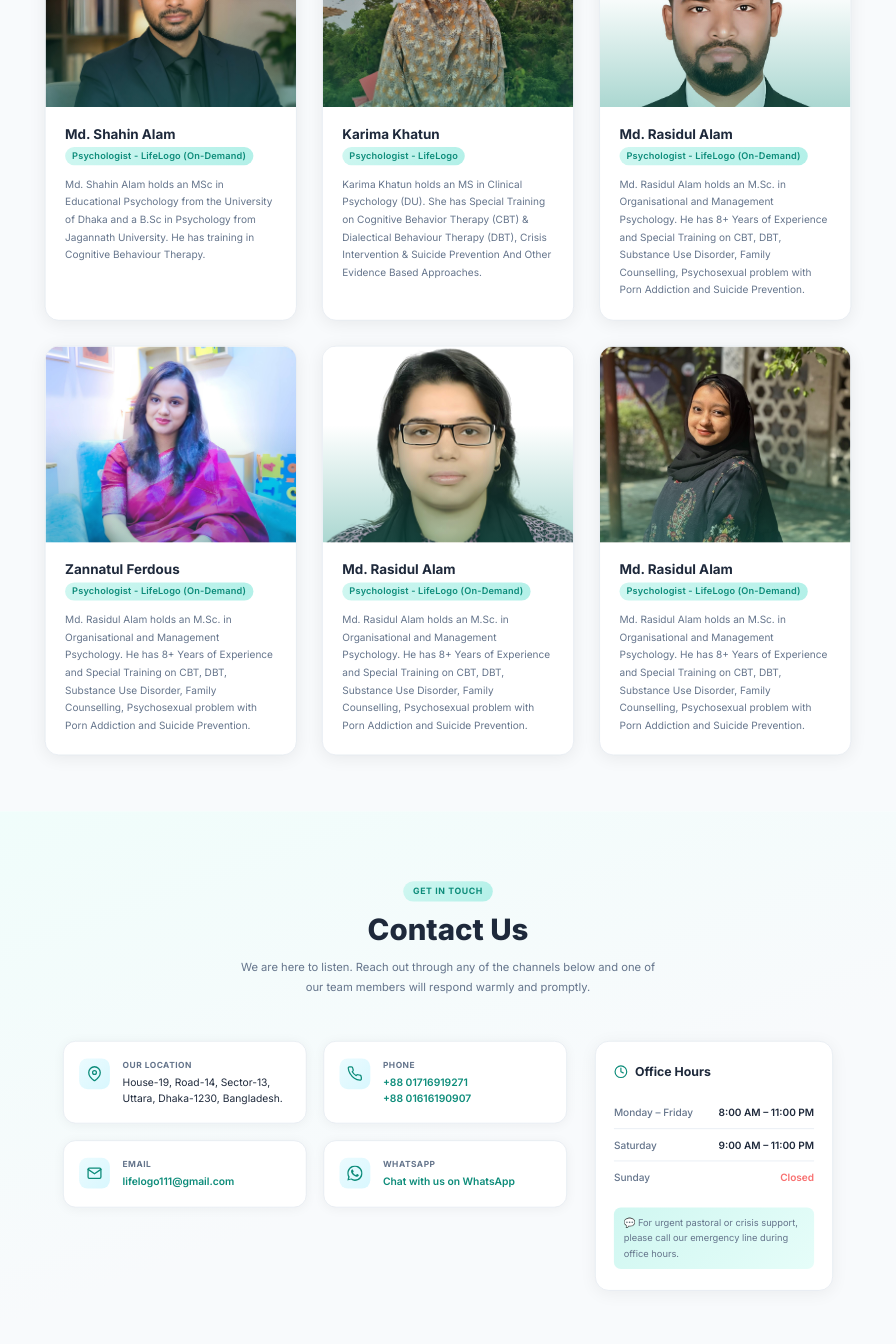
Repository: Tan47s/Lifelogo
Page: /
The author's editor kept a copy of each file at every save. The page is drawn from the files as they stood at one save, then again after the next save.
The browser window is 1280 px wide. The pictures show the part of the page from y = 3290 to 5210 px (the page is 5584 px tall), at 70% of full size.
The project was rebuilt for these pictures with package versions that can differ from the ones it lists, and the page was loaded fresh each time. Also part of the build but not shown: vite.config.js.

Above is the page before, as saved 2026-08-22 11:00:55.

### index.html
<!doctype html>
<html lang="en">
  <head>
    <meta charset="UTF-8" />
    <link rel="icon" type="image/svg+xml" href="/favicon.svg" />
    <meta name="viewport" content="width=device-width, initial-scale=1.0" />
    <title>Life-Logo | Mental Health Counselling &amp; Life Skills</title>
    <meta name="description" content="Life-Logo Mental Health Support &amp; Life Skills Training Unit — professional counselling, resilience coaching, and compassionate support to help you find meaning, hope, and purpose." />
    <meta property="og:title" content="Life-Logo | Mental Health Counselling &amp; Life Skills" />
    <meta property="og:description" content="Professional counselling and life skills training to support your well-being and personal growth." />
    <meta property="og:type" content="website" />
  </head>
  <body>
    <div id="root"></div>
    <script type="module" src="/src/main.jsx"></script>
  </body>
</html>

### src/main.jsx
import { StrictMode } from 'react'
import { createRoot } from 'react-dom/client'

import { App } from './App.jsx'


createRoot(document.getElementById('root')).render(
  <StrictMode>
    <App />
  </StrictMode>,
)

### src/App.jsx
import React from 'react'
import { Header } from './comp/Header'
import { Herocon } from './comp/Herocon'
import { Contents2 } from './comp/Contents2'
import { Service2 } from './comp/Service2'
import { Counsellors } from './comp/Counsellors'
import { Contact } from './comp/Contact'
import { Footer } from './comp/Footer'

export const App = () => {
  return (
    <div>
      <Header />

      {/* Hero — id: home (owned by Herocon's <section>) */}
      <Herocon />

      {/* Our Story — id: story (owned by Contents2's <section>) */}
      <Contents2 />

      {/* Services — id: services (declared inside Service2's <section>) */}
      <Service2 />

      {/* Our Team — id: team */}
      <Counsellors />

      {/* Contact — id: contact */}
      <Contact />

      {/* Footer */}
      <Footer />
    </div>
  )
}

### src/comp/Herocon.jsx
import './herocon.css'
import Hero from '../assets/hero.png'

const stats = [
  { value: '500+', label: 'Lives Impacted' },
  { value: '15+', label: 'Years Experience' },
  { value: '6',   label: 'Specialists' },
]

export const Herocon = () => {
  const scrollTo = (id) => {
    const el = document.getElementById(id)
    if (el) el.scrollIntoView({ behavior: 'smooth' })
  }

  return (
    <section
      id="home"
      className="hero-section"
      style={{ backgroundImage: `url(${Hero})` }}
    >
      {/* layered overlay */}
      <div className="hero-overlay" />

      <div className="hero-content">
        {/* eyebrow badge */}
        <span className="hero-badge">Mental Health &amp; Life Skills</span>

        {/* quote */}
        <p className="hero-quote">
          &ldquo;Doctors Dress The Wound, God Heals It.&rdquo;
        </p>

        {/* headline */}
        <h1 className="hero-headline">
          Well-Being Requires<br />
          <span className="hero-headline-accent">a Safe Space to Heal</span>
        </h1>

        {/* sub-text */}
        <p className="hero-sub">
          Mental health is the foundation of a healthy life. Through compassion,
          professional support, and faith, we help you find hope, build
          resilience, and take meaningful steps toward lasting well-being.
        </p>

        {/* CTAs */}
        <div className="hero-ctas">
          <button
            id="hero-contact-btn"
            className="hero-btn hero-btn--primary"
            onClick={() => scrollTo('contact')}
          >
            Contact Us
          </button>
          <button
            id="hero-services-btn"
            className="hero-btn hero-btn--ghost"
            onClick={() => scrollTo('services')}
          >
            Our Services
          </button>
        </div>

        {/* Stats strip */}
        <div className="hero-stats">
          {stats.map((s, i) => (
            <div className="hero-stat" key={i}>
              <span className="hero-stat-value">{s.value}</span>
              <span className="hero-stat-label">{s.label}</span>
            </div>
          ))}
        </div>
      </div>
    </section>
  )
}

### src/comp/Service2.jsx
import React from 'react'
import ser1 from '../assets/ser1.png'
import ser2 from '../assets/ser2.png'
import ser3 from '../assets/ser3.png'
import ser4 from '../assets/ser4.png'
import './Service2.css'

const services = [
  {
    img: ser1,
    title: 'Individual Counselling',
    tag: 'One-on-One',
    desc: 'A private, confidential space where you can explore personal challenges, process emotions, and develop healthier coping strategies with the guidance of a qualified counsellor.',
  },
  {
    img: ser2,
    title: 'Couple Counselling',
    tag: 'Relationships',
    desc: 'Helping couples navigate conflict, rebuild trust, and strengthen communication so they can grow together in a healthy, supportive partnership.',
  },
  {
    img: ser3,
    title: 'Family Counselling',
    tag: 'Family Dynamics',
    desc: 'We work with families to address relational tensions, improve understanding, and foster a home environment rooted in compassion and mutual respect.',
  },
  {
    img: ser4,
    title: 'Life Skills Training',
    tag: 'Personal Growth',
    desc: 'Practical workshops and coaching sessions that equip you with tools for resilience, emotional regulation, goal-setting, and purposeful living.',
  },
]

export const Service2 = () => {
  return (
    <section id="services" className="services-section">
      {/* Section Header */}
      <div className="services-header">
        <span className="section-badge">What We Offer</span>
        <h2>Our Services</h2>
        <p className="services-subtitle">
          We provide compassionate mental health counselling and life skills
          training to support your well-being and personal growth.
        </p>
      </div>

      {/* Cards Grid */}
      <div className="services-grid">
        {services.map((s, i) => (
          <div className="service-card" key={i}>
            <div className="service-img-wrap">
              <img src={s.img} alt={s.title} className="service-img" />
              <div className="service-img-overlay" />
            </div>
            <div className="service-info">
              <span className="service-tag">{s.tag}</span>
              <h3>{s.title}</h3>
              <p>{s.desc}</p>
            </div>
          </div>
        ))}
      </div>
    </section>
  )
}

### src/comp/Counsellors.jsx
import React from 'react'
import './Counsellors.css'
import c1 from '../assets/counsellor1.jpg'
import c2 from '../assets/counsellor2.jpg'
import c3 from '../assets/counsellor3.jpeg'
import c4 from '../assets/counsellor4.jpeg'
import c5 from '../assets/counsellor5.jpeg'
import c6 from '../assets/counsellor6.jpg'
import c7 from '../assets/c7.jpeg'
import c8 from '../assets/c8.jpeg'
import c9 from '../assets/c9.jpeg'

const counsellors = [
  {
    img: c1,
    name: 'Sunjeda Parvin',
    role: 'Founder - Life Logo',
    bio: 'Sunjeda Parvin is a Parent Training Facilitator(Uk) and holds an Ms in Counselling Psychology(Du). She serves as the Founder - Life Logo and Advisor - Super Kid Initiatives. She has 16+ Years of Experience in Mental Health Area and 300+ Case Solved.',
  },
  {
    img: c2,
    name: 'Sabina Islam',
    role: 'Psychologist - LifeLogo',
    bio: 'Sabina Islam holds an MS in Social Psychology from the University of Dhaka. She has 4+ Years of Experience with expertise in Psychotherapy (CBT & DBT), Couple & Family Counselling, Addiction Counselling, and Parenting Counselling.',
  },
  {
    img: c3,
    name: 'Israt Jahan Labone',
    role: 'Psychologist - LifeLogo(On-Demand)',
    bio: 'Israt Jahan Labone holds an MS in School Psychology (DU) and is a Master Trainer (Ministry of Education and SESIP). She has 5+ Years of Experience and Special Training on CBT, NVC, Anger management, Stress Management, Mindfulness.',
  },
  {
    img: c4,
    name: 'Md. Shahin Alam',
    role: 'Psychologist - LifeLogo (On-Demand)',
    bio: 'Md. Shahin Alam holds an MSc in Educational Psychology from the University of Dhaka and a B.Sc in Psychology from Jagannath University. He has training in Cognitive Behaviour Therapy.',
  },
  {
    img: c5,
    name: 'Karima Khatun',
    role: 'Psychologist - LifeLogo',
    bio: 'Karima Khatun holds an MS in Clinical Psychology (DU). She has Special Training on Cognitive Behavior Therapy (CBT) & Dialectical Behaviour Therapy (DBT), Crisis Intervention & Suicide Prevention And Other Evidence Based Approaches.',
  },
  {
    img: c6,
    name: 'Md. Rasidul Alam',
    role: 'Psychologist - LifeLogo (On-Demand)',
    bio: 'Md. Rasidul Alam holds an M.Sc. in Organisational and Management Psychology. He has 8+ Years of Experience and Special Training on CBT, DBT, Substance Use Disorder, Family Counselling, Psychosexual problem with Porn Addiction and Suicide Prevention.',
  },
    {
    img: c7,
    name: 'Zannatul Ferdous',
    role: 'Psychologist - LifeLogo (On-Demand)',
    bio: 'Md. Rasidul Alam holds an M.Sc. in Organisational and Management Psychology. He has 8+ Years of Experience and Special Training on CBT, DBT, Substance Use Disorder, Family Counselling, Psychosexual problem with Porn Addiction and Suicide Prevention.',
  },
    {
    img: c8,
    name: 'Md. Rasidul Alam',
    role: 'Psychologist - LifeLogo (On-Demand)',
    bio: 'Md. Rasidul Alam holds an M.Sc. in Organisational and Management Psychology. He has 8+ Years of Experience and Special Training on CBT, DBT, Substance Use Disorder, Family Counselling, Psychosexual problem with Porn Addiction and Suicide Prevention.',
  },
    {
    img: c9,
    name: 'Md. Rasidul Alam',
    role: 'Psychologist - LifeLogo (On-Demand)',
    bio: 'Md. Rasidul Alam holds an M.Sc. in Organisational and Management Psychology. He has 8+ Years of Experience and Special Training on CBT, DBT, Substance Use Disorder, Family Counselling, Psychosexual problem with Porn Addiction and Suicide Prevention.',
  },
]

export const Counsellors = () => {
  return (
    <section id="team" className="counsellors-section">
      {/* Section Header */}
      <div className="counsellors-header">
        <span className="section-badge">Our Team</span>
        <h2>Meet the Counsellors</h2>
        <p className="counsellors-subtitle">
          Our qualified, compassionate professionals are dedicated to walking
          alongside you on your journey to wholeness.
        </p>
      </div>

      {/* Cards Grid */}
      <div className="counsellors-grid">
        {counsellors.map((c, i) => (
          <div className="counsellor-card" key={i}>
            <div className="counsellor-img-wrap">
              <img src={c.img} alt={c.name} className="counsellor-img" />
              <div className="counsellor-img-overlay" />
            </div>
            <div className="counsellor-info">
              <h3>{c.name}</h3>
              <span className="counsellor-role">{c.role}</span>
              <p>{c.bio}</p>
            </div>
          </div>
        ))}
      </div>
    </section>
  )
}

### src/comp/Footer.jsx
import React from 'react'
import './Footer.css'
import logo from '../assets/logo.png'

export const Footer = () => {
  const year = new Date().getFullYear()

  const scrollTo = (id) => {
    const el = document.getElementById(id)
    if (el) el.scrollIntoView({ behavior: 'smooth' })
  }

  return (
    <footer className="footer">
      <div className="footer-inner">

        {/* Brand Column */}
        <div className="footer-brand">
          <div className="footer-logo-row">
            <img src={logo} alt="Life-Logo" className="footer-logo" />
            <span className="footer-name">Life-Logo</span>
          </div>
          <p className="footer-tagline">
            Mental Health Support &amp; Life Skills Training Unit — helping
            people discover meaning, hope, and purpose.
          </p>
        </div>

        {/* Quick Links */}
        <div className="footer-col">
          <h4>Quick Links</h4>
          <ul>
            {[
              { label: 'Home',        id: 'home' },
              { label: 'Our Story',   id: 'story' },
              { label: 'Services',    id: 'services' },
              { label: 'Our Team',    id: 'team' },
              { label: 'Contact',     id: 'contact' },
            ].map((l) => (
              <li key={l.id}>
                <button onClick={() => scrollTo(l.id)} className="footer-link">
                  {l.label}
                </button>
              </li>
            ))}
          </ul>
        </div>

        {/* Contact Column */}
        <div className="footer-col">
          <h4>Contact</h4>
          <ul className="footer-contact-list">
            <li>
              <span className="fc-icon">📍</span>
              House-19, Road-14, Sector-13, Uttara, Dhaka-1230, Bangladesh.
            </li>
            <li>
              <span className="fc-icon">📞</span>
              <a href="tel:+8801616190907">+8801616190907</a>
            </li>
            <li>
              <span className="fc-icon">✉️</span>
              <a href="mailto:lifelogo111@gmail.com">lifelogo111@gmail.com</a>
            </li>
            <li>
              <span className="fc-icon">💬</span>
              <a href="https://wa.me/233244567890" target="_blank" rel="noopener noreferrer">
                WhatsApp Us
              </a>
            </li>
          </ul>
        </div>

      </div>

      {/* Bottom Bar */}
      <div className="footer-bottom">
        <p>&copy; {year} Life-Logo Mental Health &amp; Life Skills. All rights reserved.</p>
        <p className="footer-note">Built with compassion 💚</p>
      </div>
    </footer>
  )
}

### src/Index.css

@import url('https://fonts.googleapis.com/css2?family=Inter:wght@100..900&display=swap');

:root {
  /* Brand */
  --primary: #6de1fb;        /* Teal from header */
  --primary-light: #02ff78;


  /* Logo greens */
  --green: #22C55E;
  --green-light: #DCFCE7;

  /* Blue accent */
  --blue: #38BDF8;
  --blue-light: #E0F2FE;

  /* Backgrounds */
  --background: #F8FAFC;
  --surface: #FFFFFF;

  /* Text */
  --text: #1E293B;
  --text-muted: #64748B;

  /* Borders */
  --border: #E2E8F0;
}

* {
  margin: 0;
  padding: 0;
  box-sizing: border-box;
  font-family: "Inter", sans-serif;
}

h1{
    font-weight: 800;
}

p{
    font-weight: 400;
}

### src/comp/Contents2.css
/* ============================================================
   OUR STORY SECTION
   ============================================================ */

.story-section {
  padding: 100px 5% 80px;
  background: var(--background);   /* #F8FAFC — same as Counsellors */
}

/* ---- Two-column inner wrapper ---- */
.story-inner {
  display: grid;
  grid-template-columns: 1fr 1fr;
  gap: 72px;
  max-width: 1200px;
  margin: 0 auto;
  align-items: start;
}

/* ========== LEFT: text column ========== */
.story-text {
  display: flex;
  flex-direction: column;
  gap: 20px;
}

.story-text h2 {
  font-size: clamp(26px, 3.5vw, 40px);
  font-weight: 800;
  color: var(--text);
  line-height: 1.18;
  margin: 0;
}

.story-lead {
  font-size: 1.05rem;
  color: var(--text);
  font-weight: 500;
  line-height: 1.75;
  margin: 0;
}

.story-body {
  font-size: 0.95rem;
  color: var(--text-muted);
  line-height: 1.8;
  margin: 0;
}

/* ========== RIGHT: pillars column ========== */
.story-pillars {
  display: flex;
  flex-direction: column;
  gap: 20px;
}

/* ---- Single pillar card ---- */
.story-pillar {
  display: flex;
  align-items: flex-start;
  gap: 18px;
  background: var(--surface);
  border: 1px solid var(--border);
  border-radius: 18px;
  padding: 24px 22px;
  box-shadow: 0 2px 16px rgba(0, 0, 0, 0.05);
  transition: transform 0.25s ease, box-shadow 0.25s ease;
}

.story-pillar:hover {
  transform: translateY(-4px);
  box-shadow: 0 8px 32px rgba(109, 225, 251, 0.18);
}

/* ---- Icon bubble ---- */
.pillar-icon {
  flex-shrink: 0;
  width: 48px;
  height: 48px;
  border-radius: 14px;
  background: linear-gradient(135deg, #d0f7f1, #b2f0e8);
  display: flex;
  align-items: center;
  justify-content: center;
  color: #0d8c7a;
}

.pillar-icon svg {
  width: 22px;
  height: 22px;
}

/* ---- Pillar text ---- */
.pillar-body {
  display: flex;
  flex-direction: column;
  gap: 5px;
}

.pillar-body h4 {
  font-size: 1rem;
  font-weight: 700;
  color: var(--text);
  margin: 0;
}

.pillar-body p {
  font-size: 0.88rem;
  color: var(--text-muted);
  line-height: 1.65;
  margin: 0;
}

/* ---- Responsive ---- */
@media (max-width: 860px) {
  .story-inner {
    grid-template-columns: 1fr;
    gap: 48px;
  }
}

@media (max-width: 640px) {
  .story-section {
    padding: 70px 5% 60px;
  }
}

### src/comp/Service2.css
/* ============================================================
   SERVICES SECTION  —  mirrors Counsellors card style
   ============================================================ */

.services-section {
  padding: 100px 5% 80px;
  background: linear-gradient(160deg, #f0fdfb 0%, #f8fafc 60%);
}

/* --- Header --- */
.services-header {
  text-align: center;
  max-width: 660px;
  margin: 0 auto 64px;
}

.services-header h2 {
  font-size: clamp(28px, 4vw, 42px);
  font-weight: 800;
  color: var(--text);
  margin-bottom: 16px;
  line-height: 1.15;
}

.services-subtitle {
  font-size: 1rem;
  color: var(--text-muted);
  line-height: 1.7;
}

/* --- Grid --- */
.services-grid {
  display: grid;
  grid-template-columns: repeat(auto-fit, minmax(260px, 1fr));
  gap: 32px;
  max-width: 1200px;
  margin: 0 auto;
}

/* --- Card --- */
.service-card {
  background: var(--surface);
  border-radius: 20px;
  overflow: hidden;
  box-shadow: 0 4px 24px rgba(0, 0, 0, 0.07);
  border: 1px solid var(--border);
  transition: transform 0.3s ease, box-shadow 0.3s ease;
}

.service-card:hover {
  transform: translateY(-8px);
  box-shadow: 0 12px 40px rgba(109, 225, 251, 0.25);
}

/* --- Image wrapper --- */
.service-img-wrap {
  position: relative;
  width: 100%;
  height: 150px;
  overflow: hidden;
}

.service-img {
  width: 100%;
  height: 100%;
  object-fit: cover;
  object-position: center;
  transition: transform 0.4s ease;
}

.service-card:hover .service-img {
  transform: scale(1.05);
}

.service-img-overlay {
  position: absolute;
  inset: 0;
  background: linear-gradient(to top, rgba(13, 140, 122, 0.3) 0%, transparent 55%);
  pointer-events: none;
}

/* --- Info block --- */
.service-info {
  padding: 22px 26px 28px;
  display: flex;
  flex-direction: column;
  gap: 8px;
}

.service-tag {
  display: inline-block;
  background: linear-gradient(135deg, #d0f7f1, #b2f0e8);
  color: #0d8c7a;
  font-size: 0.78rem;
  font-weight: 700;
  letter-spacing: 0.06em;
  text-transform: uppercase;
  padding: 4px 12px;
  border-radius: 999px;
  align-self: flex-start;
}

.service-info h3 {
  font-size: 1.15rem;
  font-weight: 700;
  color: var(--text);
  margin: 0;
  line-height: 1.3;
}

.service-info p {
  font-size: 0.9rem;
  color: var(--text-muted);
  line-height: 1.75;
  margin: 0;
}

/* --- Responsive --- */
@media (max-width: 640px) {
  .services-section {
    padding: 70px 5% 60px;
  }

  .services-grid {
    grid-template-columns: 1fr;
  }
}

### src/comp/Footer.css
/* ============================================================
   FOOTER
   ============================================================ */

.footer {
  background: linear-gradient(135deg, #0f2027, #203a43, #2c5364);
  color: rgba(255, 255, 255, 0.85);
  padding-top: 64px;
}

.footer-inner {
  max-width: 1100px;
  margin: 0 auto;
  padding: 0 5% 48px;
  display: grid;
  grid-template-columns: 1.6fr 1fr 1.2fr;
  gap: 48px;
}

/* --- Brand Column --- */
.footer-brand {}

.footer-logo-row {
  display: flex;
  align-items: center;
  gap: 12px;
  margin-bottom: 16px;
}

.footer-logo {
  width: 44px;
  height: 44px;
  object-fit: contain;
  border-radius: 10px;
  background: white;
  padding: 3px;
}

.footer-name {
  font-size: 1.3rem;
  font-weight: 800;
  color: var(--primary);
  letter-spacing: -0.02em;
}

.footer-tagline {
  font-size: 0.9rem;
  line-height: 1.7;
  color: rgba(255, 255, 255, 0.6);
  max-width: 300px;
}

/* --- Columns --- */
.footer-col h4 {
  font-size: 0.8rem;
  font-weight: 700;
  letter-spacing: 0.1em;
  text-transform: uppercase;
  color: var(--primary);
  margin-bottom: 18px;
}

.footer-col ul {
  list-style: none;
  padding: 0;
  margin: 0;
  display: flex;
  flex-direction: column;
  gap: 10px;
}

/* Quick links */
.footer-link {
  background: none;
  border: none;
  padding: 0;
  cursor: pointer;
  font-size: 0.9rem;
  color: rgba(255, 255, 255, 0.7);
  text-align: left;
  transition: color 0.2s ease;
  font-family: inherit;
}

.footer-link:hover {
  color: var(--primary);
}

/* Contact list */
.footer-contact-list li {
  display: flex;
  align-items: flex-start;
  gap: 10px;
  font-size: 0.88rem;
  color: rgba(255, 255, 255, 0.7);
  line-height: 1.55;
}

.footer-contact-list a {
  color: rgba(255, 255, 255, 0.7);
  text-decoration: none;
  transition: color 0.2s ease;
}

.footer-contact-list a:hover {
  color: var(--primary);
}

.fc-icon {
  flex-shrink: 0;
  font-size: 1rem;
  margin-top: 1px;
}

/* --- Bottom Bar --- */
.footer-bottom {
  border-top: 1px solid rgba(255, 255, 255, 0.1);
  padding: 20px 5%;
  display: flex;
  align-items: center;
  justify-content: space-between;
  max-width: 100%;
}

.footer-bottom p {
  font-size: 0.82rem;
  color: rgba(255, 255, 255, 0.45);
  margin: 0;
}

.footer-note {
  font-size: 0.82rem;
  color: rgba(255, 255, 255, 0.45);
}

/* --- Responsive --- */
@media (max-width: 860px) {
  .footer-inner {
    grid-template-columns: 1fr 1fr;
  }
  .footer-brand {
    grid-column: span 2;
  }
}

@media (max-width: 540px) {
  .footer-inner {
    grid-template-columns: 1fr;
  }
  .footer-brand {
    grid-column: span 1;
  }
  .footer-bottom {
    flex-direction: column;
    gap: 6px;
    text-align: center;
  }
}

Loaded but not shown: src/comp/Contact.jsx (114 lines, source omitted); src/App.css (221 lines, source omitted); src/comp/herocon.css (185 lines, source omitted); src/comp/Contact.css (202 lines, source omitted); src/comp/Header.jsx (102 lines, source omitted); src/comp/Contents2.jsx (74 lines, source omitted); src/comp/Counsellors.css (141 lines, source omitted)

After the next save:
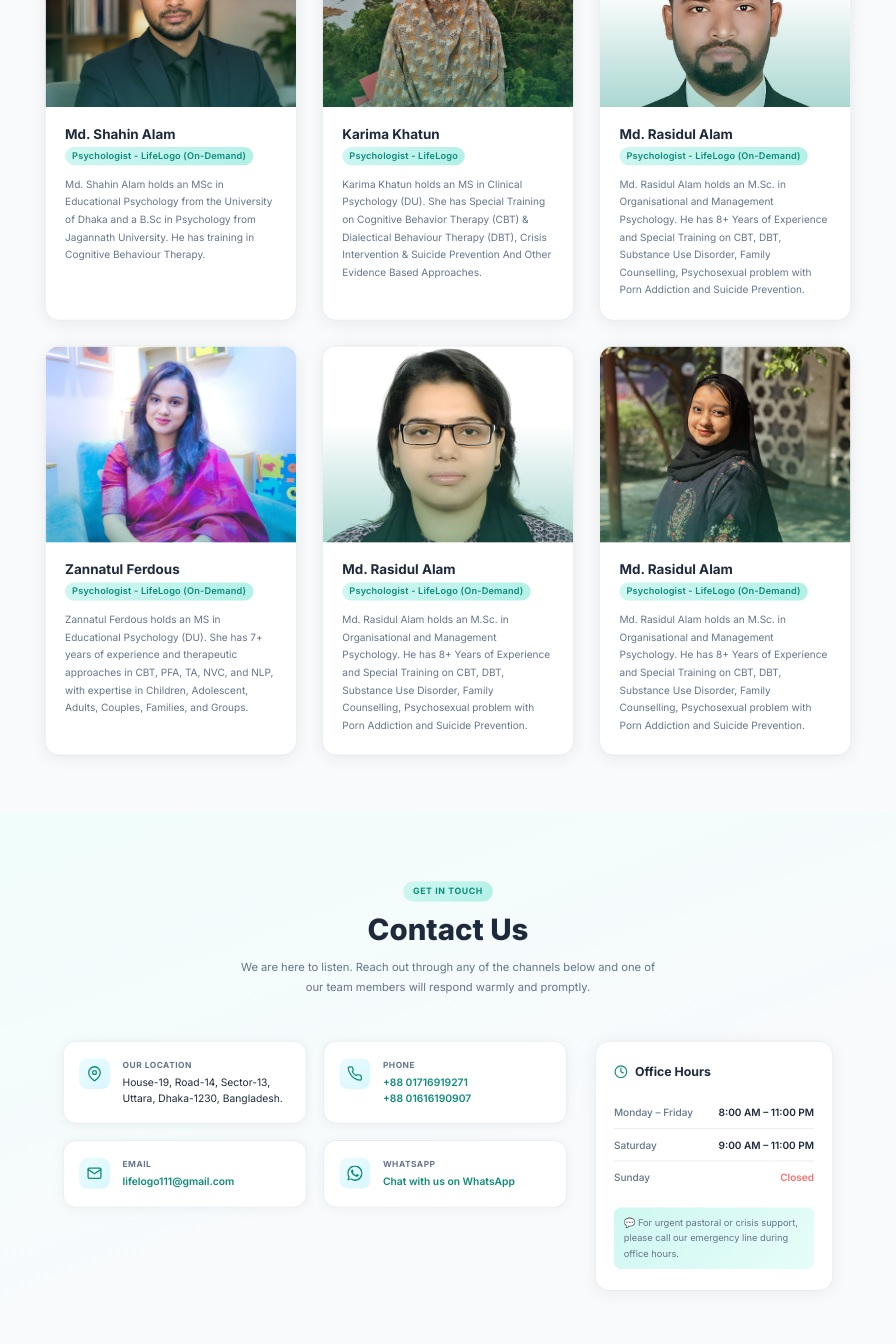
Saved 19 s later.
--- a/src/comp/Counsellors.jsx
+++ b/src/comp/Counsellors.jsx
@@ -51,7 +51,7 @@ const counsellors = [
     img: c7,
     name: 'Zannatul Ferdous',
     role: 'Psychologist - LifeLogo (On-Demand)',
-    bio: 'Md. Rasidul Alam holds an M.Sc. in Organisational and Management Psychology. He has 8+ Years of Experience and Special Training on CBT, DBT, Substance Use Disorder, Family Counselling, Psychosexual problem with Porn Addiction and Suicide Prevention.',
+    bio: 'Zannatul Ferdous holds an MS in Educational Psychology (DU). She has 7+ years of experience and therapeutic approaches in CBT, PFA, TA, NVC, and NLP, with expertise in Children, Adolescent, Adults, Couples, Families, and Groups.',
   },
     {
     img: c8,
